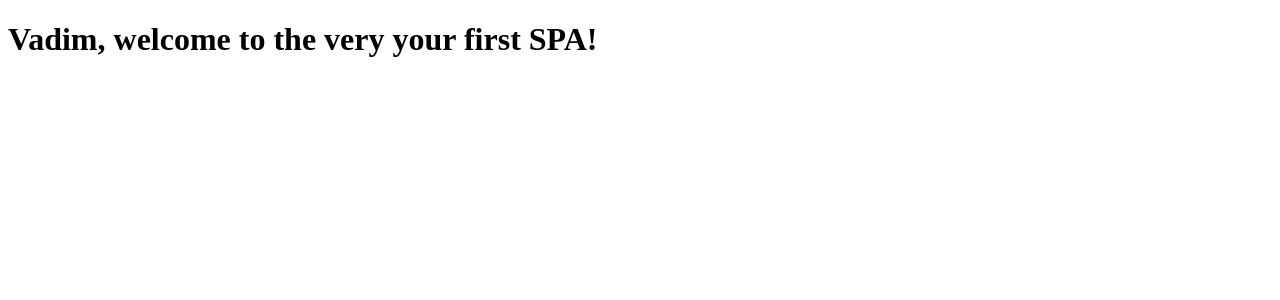
Repository: VadimZubchenko/mySinglePageApp
Page: public/index.html
The author's editor kept a copy of each file at every save. The page is drawn from the files as they stood at one save, then again after the next save.
The browser window is 1280 px wide. The pictures show the whole page.

Above is the page before, as saved 2022-04-30 21:55:43.

### public/index.html
<!DOCTYPE html>
<html lang="en">
<head>
  <meta charset="UTF-8">
  <meta http-equiv="X-UA-Compatible" content="IE=edge">
  <meta name="viewport" content="width=device-width, initial-scale=1.0">
  <title>Single-page Application</title>
  <script src="script.js"></script>
</head>
<body>
  <h1>Vadim, welcome to the very your first SPA!</h1>
  <div id="anchor"></div>
</body>
</html>

### public/script.js
window.onload = function () {
  creatForm();
};

creatForm = () => {
  let anchor = document.createElement("anchor");
  let form = document.createElement("form");
  form.setAttribute("id", "form");

  let inputName = document.createElement("input");
  // create input element
  inputName.setAttribute("type", "text");
  inputName.setAttribute("id", "inputname");
  inputName.setAttribute("name", "inputname");

  //create info of input
  let labelName = document.createElement("labelName");
  labelName.setAttribute("id", "Input your name");
  labelName.setAttribute("for", "inputName");
  let textName = document.createTextNode("Enter your name: ");
  labelName.appendChild(textName);

  inputName.appendChild(labelName);
  form.appendChild(inputName);
  anchor.appendChild(form);
};

After the next save:
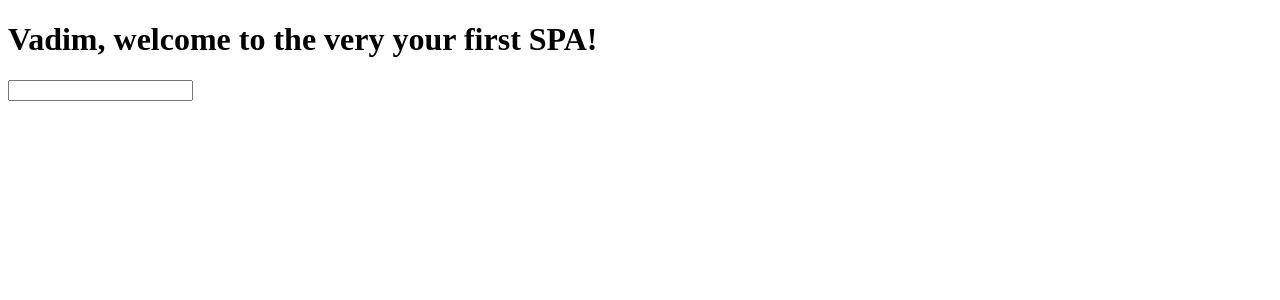
Saved 3 min 55 s later.
--- a/public/script.js
+++ b/public/script.js
@@ -3,7 +3,7 @@ window.onload = function () {
 };
 
 creatForm = () => {
-  let anchor = document.createElement("anchor");
+  let anchor = document.getElementById("anchor");
   let form = document.createElement("form");
   form.setAttribute("id", "form");
 
